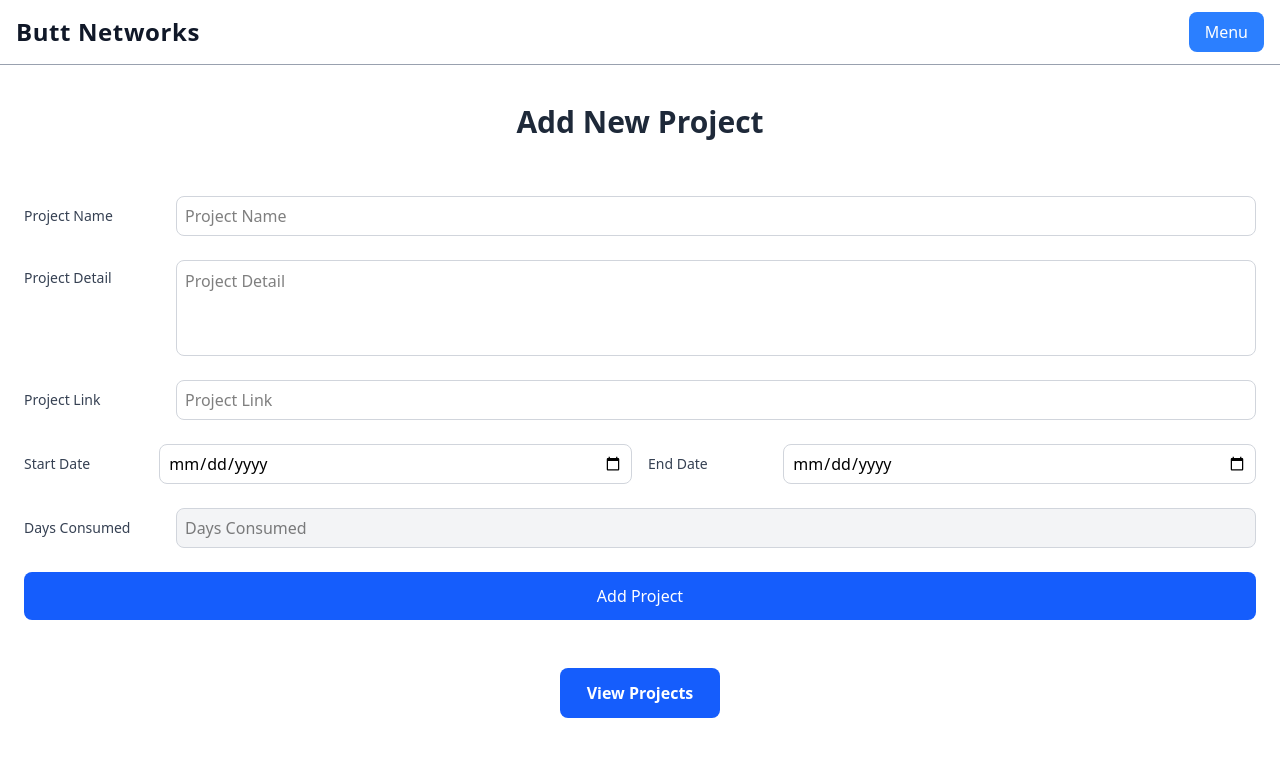
Repository: ShahanwazSaddam144/admin-panel
Page: /ProjectPanel
The author's editor kept a copy of each file at every save. The page is drawn from the files as they stood at one save, then again after a run of saves.
The browser window is 1280 px wide. The pictures show the whole page.
The page's requests for data from a server got no answer. The project was rebuilt for these pictures with package versions that can differ from the ones it lists, and the page was loaded fresh each time. The framework's server and built-in components were replaced by stand-ins that run in the browser. No one was signed in, and anything a server would have sent is missing. Also part of the build but not shown: next.config.mjs.

Above is the page before, as saved 2026-01-01 23:06:50.

### app/layout.js
import { Geist, Geist_Mono } from "next/font/google";
import "./globals.css";

const geistSans = Geist({
  variable: "--font-geist-sans",
  subsets: ["latin"],
});

const geistMono = Geist_Mono({
  variable: "--font-geist-mono",
  subsets: ["latin"],
});

export const metadata = {
  title: "Create Next App",
  description: "Generated by create next app",
  icons:{
    icon: "/butt.png",
  }
};

export default function RootLayout({ children }) {
  return (
    <html lang="en">
      <body
        className={`${geistSans.variable} ${geistMono.variable} antialiased`}
      >
        {children}
      </body>
    </html>
  );
}

### app/ProjectPanel/page.js
import React from 'react'
import Navbar from '../components/Navbar';
import ProjectsManager from '../components/ProjectsManager';

const ProjectPanel = () => {
  return (
    <>
      <Navbar />
      <ProjectsManager />
    </>
  )
}

export default ProjectPanel;

### app/components/Navbar.js
"use client";

import React, { useState, useEffect } from "react";
import Link from "next/link";
import { useRouter } from "next/navigation";

const Navbar = () => {
  const [menu, setMenu] = useState(false);
  const [user, setUser] = useState(null); // Store user info
  const router = useRouter();

  const handleMenu = () => {
    setMenu((prev) => !prev);
  };

  const handleLogout = async () => {
    try {
      await fetch("http://localhost:5000/logout", {
        method: "POST",
        credentials: "include", // 🔑 important
      });
      router.replace("/"); // back to login
    } catch (err) {
      console.error("Logout failed");
    }
  };

  // Fetch user info on mount
  useEffect(() => {
    const fetchUser = async () => {
      try {
        const res = await fetch("http://localhost:5000/me", {
          credentials: "include",
        });
        const data = await res.json();
        setUser(data); // assuming { name: "Shahnawaz" }
      } catch (err) {
        console.error("Failed to fetch user");
      }
    };
    fetchUser();
  }, []);

  return (
    <>
      <nav className="backdrop-blur-md bg-white border-b border-b-gray-400 fixed top-0 left-0 w-full z-50">
        <div className="max-w-7xl mx-auto px-4 py-3 flex justify-between items-center">

          {/* Logo */}
          <Link href="/AdminPanel">
            <h1 className="text-gray-900 font-extrabold text-2xl tracking-wide">
              Butt Networks
            </h1>
          </Link>

          {/* Right side: User initial + Dropdown */}
          <div className="relative flex items-center gap-4">

            {/* User Initial */}
            {user && (
              <div className="w-10 h-10 bg-blue-500 text-white rounded-full flex items-center justify-center font-bold text-lg">
                {user.name.charAt(0).toUpperCase()}
              </div>
            )}

            {/* Dropdown */}
            <button
              onClick={handleMenu}
              className="px-4 py-2 bg-blue-500 text-white font-medium rounded-lg
                         hover:bg-blue-600 transition-all duration-300"
            >
              Menu
            </button>

            {menu && (
              <div className="absolute right-0 mt-55 bg-slate-800 border border-slate-700 rounded-lg shadow-lg overflow-hidden w-48">

                <Link
                  href="https://buttnetworks.com/"
                  target="_blank"
                  className="block px-4 py-2 text-white hover:bg-blue-600 transition"
                  onClick={() => setMenu(false)}
                >
                  Our Website
                </Link>

                <Link
                  href="/EmailPanel"
                  className="block px-4 py-2 text-white hover:bg-blue-600 transition"
                  onClick={() => setMenu(false)}
                >
                  Email Panel
                </Link>

                <Link
                  href="/ProjectPanel"
                  className="block px-4 py-2 text-white hover:bg-blue-600 transition"
                  onClick={() => setMenu(false)}
                >
                  Project Panel
                </Link>

                  <Link
                  href="/LanguagePanel"
                  className="block px-4 py-2 text-white hover:bg-blue-600 transition"
                  onClick={() => setMenu(false)}
                >
                  Language Panel
                </Link>


                {/* Divider */}
                <div className="border-t border-slate-700"></div>

                {/* Logout */}
                <button
                  onClick={handleLogout}
                  className="w-full text-left px-4 py-2 text-red-400 hover:bg-red-600 hover:text-white transition"
                >
                  Logout
                </button>

              </div>
            )}
          </div>
        </div>
      </nav>

      {/* Spacer */}
      <div className="h-16"></div>
    </>
  );
};

export default Navbar;

### app/components/ProjectsManager.js
"use client";

import React, { useState, useEffect } from "react";
import Link from "next/link";

const ProjectsManager = () => {
  const [formData, setFormData] = useState({
    ProjectName: "",
    ProjectDetail: "",
    ProjectLink: "",
    StartDate: "",
    EndDate: "",
    DaysConsumed: "",
  });

  const [popup, setPopup] = useState({
    show: false,
    message: "",
    type: "",
  });

  /* =======================
     HANDLE INPUT CHANGE
  ======================= */
  const handleChange = (e) => {
    setFormData({ ...formData, [e.target.name]: e.target.value });
  };

  /* =======================
     AUTO CALCULATE DAYS
  ======================= */
  useEffect(() => {
    const { StartDate, EndDate } = formData;

    if (StartDate && EndDate) {
      const start = new Date(StartDate);
      const end = new Date(EndDate);

      if (end >= start) {
        const diffTime = end - start;
        const days = Math.ceil(diffTime / (1000 * 60 * 60 * 24)) + 1;
        setFormData((prev) => ({ ...prev, DaysConsumed: days }));
      } else {
        setFormData((prev) => ({ ...prev, DaysConsumed: "" }));
      }
    }
  }, [formData.StartDate, formData.EndDate]);

  const showPopup = (message, type) => {
    setPopup({ show: true, message, type });
    setTimeout(() => {
      setPopup({ show: false, message: "", type: "" });
    }, 3000);
  };

  /* =======================
     SUBMIT FORM
  ======================= */
  const handleSubmit = async (e) => {
    e.preventDefault();

    if (
      !formData.ProjectName ||
      !formData.ProjectDetail ||
      !formData.ProjectLink ||
      !formData.StartDate ||
      !formData.EndDate
    ) {
      showPopup("Please fill all fields", "error");
      return;
    }

    try {
      const response = await fetch("http://localhost:5000/projects", {
  method: "POST",
  headers: { "Content-Type": "application/json" },
  body: JSON.stringify(formData),
  credentials: "include"
});


      const data = await response.json();

      if (!response.ok) {
        showPopup(data.message || "Error adding project", "error");
        return;
      }

      showPopup("Project added successfully!", "success");

      setFormData({
        ProjectName: "",
        ProjectDetail: "",
        ProjectLink: "",
        StartDate: "",
        EndDate: "",
        DaysConsumed: "",
      });
    } catch (err) {
      showPopup("Error adding project", "error");
    }
  };

  return (
    <section className="mt-10 px-4 md:px-0">
      <h2 className="text-3xl font-bold mb-8 text-center text-gray-800">
        Add New Project
      </h2>

      <form
        onSubmit={handleSubmit}
        className="w-full p-6 space-y-6 rounded-xl"
      >
        {/* Project Name */}
        <div className="flex flex-col md:flex-row md:items-center gap-3">
          <label className="md:w-40 text-sm font-medium text-gray-700">
            Project Name
          </label>
          <input
            type="text"
            name="ProjectName"
            placeholder="Project Name"
            value={formData.ProjectName}
            onChange={handleChange}
            className="border border-gray-300 h-10 w-full rounded-lg p-2
              focus:outline-none focus:ring-2 focus:ring-blue-500 focus:border-blue-500"
          />
        </div>

        {/* Project Detail */}
        <div className="flex flex-col md:flex-row md:items-start gap-3">
          <label className="md:w-40 text-sm font-medium text-gray-700 md:pt-2">
            Project Detail
          </label>
          <textarea
            name="ProjectDetail"
            placeholder="Project Detail"
            value={formData.ProjectDetail}
            onChange={handleChange}
            className="border border-gray-300 h-24 w-full rounded-lg p-2 resize-none
              focus:outline-none focus:ring-2 focus:ring-blue-500 focus:border-blue-500"
          />
        </div>

        {/* Project Link */}
        <div className="flex flex-col md:flex-row md:items-center gap-3">
          <label className="md:w-40 text-sm font-medium text-gray-700">
            Project Link
          </label>
          <input
            type="text"
            name="ProjectLink"
            placeholder="Project Link"
            value={formData.ProjectLink}
            onChange={handleChange}
            className="border border-gray-300 h-10 w-full rounded-lg p-2
              focus:outline-none focus:ring-2 focus:ring-blue-500 focus:border-blue-500"
          />
        </div>

        {/* Dates Row */}
        <div className="flex flex-col md:flex-row gap-4">
          <div className="flex flex-col md:flex-row md:items-center gap-3 w-full">
            <label className="md:w-40 text-sm font-medium text-gray-700">
              Start Date
            </label>
            <input
              type="date"
              name="StartDate"
              placeholder="Start Date"
              value={formData.StartDate}
              onChange={handleChange}
              className="border border-gray-300 h-10 w-full rounded-lg p-2
                focus:outline-none focus:ring-2 focus:ring-blue-500 focus:border-blue-500"
            />
          </div>

          <div className="flex flex-col md:flex-row md:items-center gap-3 w-full">
            <label className="md:w-40 text-sm font-medium text-gray-700">
              End Date
            </label>
            <input
              type="date"
              name="EndDate"
              placeholder="End Date"
              value={formData.EndDate}
              onChange={handleChange}
              className="border border-gray-300 h-10 w-full rounded-lg p-2
                focus:outline-none focus:ring-2 focus:ring-blue-500 focus:border-blue-500"
            />
          </div>
        </div>

        {/* Days Consumed */}
        <div className="flex flex-col md:flex-row md:items-center gap-3">
          <label className="md:w-40 text-sm font-medium text-gray-700">
            Days Consumed
          </label>
          <input
            type="number"
            name="DaysConsumed"
            placeholder="Days Consumed"
            value={formData.DaysConsumed}
            readOnly
            className="border border-gray-300 h-10 w-full rounded-lg p-2 bg-gray-100 cursor-not-allowed"
          />
        </div>

        <button
          type="submit"
          className="bg-blue-600 w-full text-white p-3 rounded-lg font-medium
            hover:bg-blue-700 transition-colors cursor-pointer"
        >
          Add Project
        </button>
      </form>

      <Link href="/ProjectDetails">
        <button
          className="block m-auto mt-6 w-[160px] h-[50px] text-white font-semibold bg-blue-600
            rounded-lg hover:bg-blue-700 transition-colors cursor-pointer mb-10"
        >
          View Projects
        </button>
      </Link>

      {/* Popup Toast */}
      {popup.show && (
        <div
          className={`fixed bottom-8 right-8 px-6 py-4 rounded-lg shadow-lg text-white
            ${popup.type === "success" ? "bg-green-500" : "bg-red-500"}`}
        >
          {popup.message}
        </div>
      )}
    </section>
  );
};

export default ProjectsManager;

Loaded but not shown: app/globals.css (common file)

After the next 2 saves:
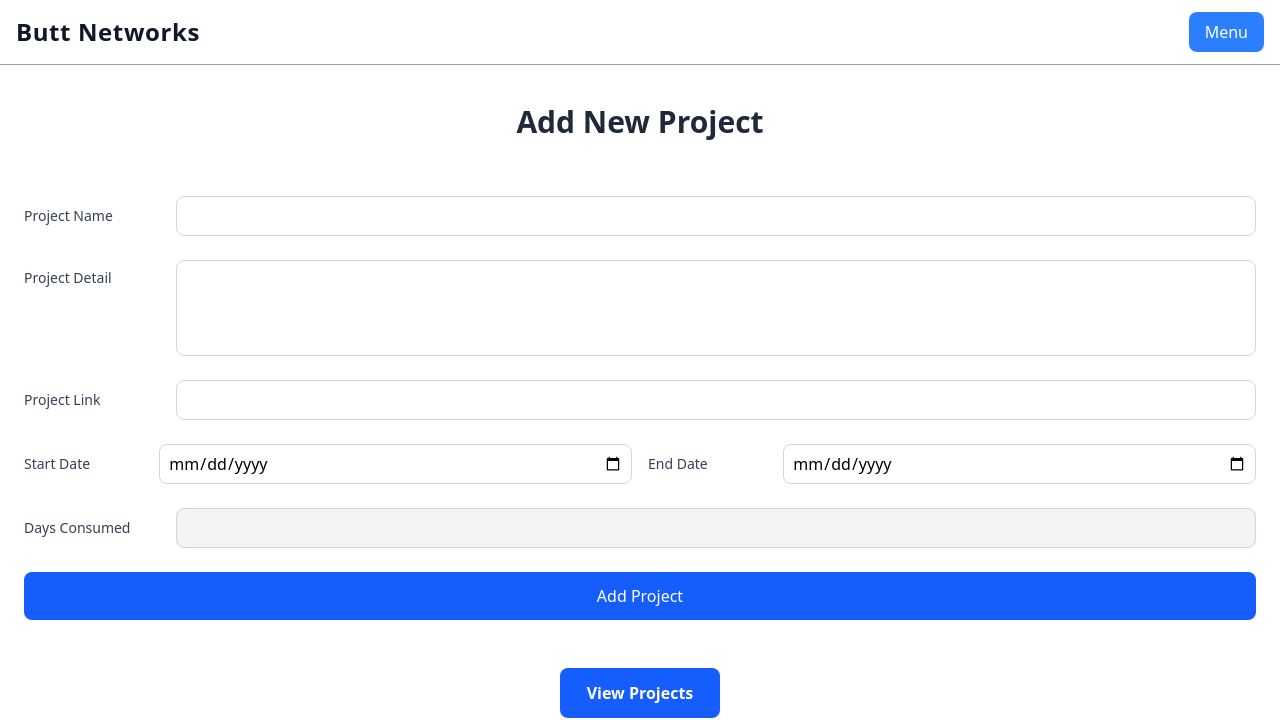
The 2 saves are shown as one change because they came seconds apart.
The last was saved 82 s later.
--- a/app/components/ProjectsManager.js
+++ b/app/components/ProjectsManager.js
@@ -1,6 +1,6 @@
 "use client";
 
-import React, { useState, useEffect } from "react";
+import React, { useState } from "react";
 import Link from "next/link";
 
 const ProjectsManager = () => {
@@ -20,31 +20,36 @@ const ProjectsManager = () => {
   });
 
   /* =======================
-     HANDLE INPUT CHANGE
+      HANDLE INPUT CHANGE
   ======================= */
   const handleChange = (e) => {
-    setFormData({ ...formData, [e.target.name]: e.target.value });
+    const { name, value } = e.target;
+
+    setFormData((prev) => {
+      // 1. Create the new state object with the updated field
+      const updatedData = { ...prev, [name]: value };
+
+      // 2. If the user is changing a date, calculate days immediately
+      if (name === "StartDate" || name === "EndDate") {
+        const { StartDate, EndDate } = updatedData;
+
+        if (StartDate && EndDate) {
+          const start = new Date(StartDate);
+          const end = new Date(EndDate);
+
+          if (end >= start) {
+            const diffTime = end - start;
+            const days = Math.ceil(diffTime / (1000 * 60 * 60 * 24)) + 1;
+            updatedData.DaysConsumed = days;
+          } else {
+            updatedData.DaysConsumed = "";
+          }
+        }
+      }
+
+      return updatedData;
+    });
   };
-
-  /* =======================
-     AUTO CALCULATE DAYS
-  ======================= */
-  useEffect(() => {
-    const { StartDate, EndDate } = formData;
-
-    if (StartDate && EndDate) {
-      const start = new Date(StartDate);
-      const end = new Date(EndDate);
-
-      if (end >= start) {
-        const diffTime = end - start;
-        const days = Math.ceil(diffTime / (1000 * 60 * 60 * 24)) + 1;
-        setFormData((prev) => ({ ...prev, DaysConsumed: days }));
-      } else {
-        setFormData((prev) => ({ ...prev, DaysConsumed: "" }));
-      }
-    }
-  }, [formData.StartDate, formData.EndDate]);
 
   const showPopup = (message, type) => {
     setPopup({ show: true, message, type });
@@ -54,7 +59,7 @@ const ProjectsManager = () => {
   };
 
   /* =======================
-     SUBMIT FORM
+      SUBMIT FORM
   ======================= */
   const handleSubmit = async (e) => {
     e.preventDefault();
@@ -72,12 +77,11 @@ const ProjectsManager = () => {
 
     try {
       const response = await fetch("http://localhost:5000/projects", {
-  method: "POST",
-  headers: { "Content-Type": "application/json" },
-  body: JSON.stringify(formData),
-  credentials: "include"
-});
-
+        method: "POST",
+        headers: { "Content-Type": "application/json" },
+        body: JSON.stringify(formData),
+        credentials: "include",
+      });
 
       const data = await response.json();
 
@@ -107,10 +111,7 @@ const ProjectsManager = () => {
         Add New Project
       </h2>
 
-      <form
-        onSubmit={handleSubmit}
-        className="w-full p-6 space-y-6 rounded-xl"
-      >
+      <form onSubmit={handleSubmit} className="w-full p-6 space-y-6 rounded-xl">
         {/* Project Name */}
         <div className="flex flex-col md:flex-row md:items-center gap-3">
           <label className="md:w-40 text-sm font-medium text-gray-700">
@@ -119,11 +120,9 @@ const ProjectsManager = () => {
           <input
             type="text"
             name="ProjectName"
-            placeholder="Project Name"
             value={formData.ProjectName}
             onChange={handleChange}
-            className="border border-gray-300 h-10 w-full rounded-lg p-2
-              focus:outline-none focus:ring-2 focus:ring-blue-500 focus:border-blue-500"
+            className="border border-gray-300 h-10 w-full rounded-lg p-2 focus:ring-2 focus:ring-blue-500"
           />
         </div>
 
@@ -134,11 +133,9 @@ const ProjectsManager = () => {
           </label>
           <textarea
             name="ProjectDetail"
-            placeholder="Project Detail"
             value={formData.ProjectDetail}
             onChange={handleChange}
-            className="border border-gray-300 h-24 w-full rounded-lg p-2 resize-none
-              focus:outline-none focus:ring-2 focus:ring-blue-500 focus:border-blue-500"
+            className="border border-gray-300 h-24 w-full rounded-lg p-2 resize-none focus:ring-2 focus:ring-blue-500"
           />
         </div>
 
@@ -150,11 +147,9 @@ const ProjectsManager = () => {
           <input
             type="text"
             name="ProjectLink"
-            placeholder="Project Link"
             value={formData.ProjectLink}
             onChange={handleChange}
-            className="border border-gray-300 h-10 w-full rounded-lg p-2
-              focus:outline-none focus:ring-2 focus:ring-blue-500 focus:border-blue-500"
+            className="border border-gray-300 h-10 w-full rounded-lg p-2 focus:ring-2 focus:ring-blue-500"
           />
         </div>
 
@@ -167,11 +162,9 @@ const ProjectsManager = () => {
             <input
               type="date"
               name="StartDate"
-              placeholder="Start Date"
               value={formData.StartDate}
               onChange={handleChange}
-              className="border border-gray-300 h-10 w-full rounded-lg p-2
-                focus:outline-none focus:ring-2 focus:ring-blue-500 focus:border-blue-500"
+              className="border border-gray-300 h-10 w-full rounded-lg p-2"
             />
           </div>
 
@@ -182,11 +175,9 @@ const ProjectsManager = () => {
             <input
               type="date"
               name="EndDate"
-              placeholder="End Date"
               value={formData.EndDate}
               onChange={handleChange}
-              className="border border-gray-300 h-10 w-full rounded-lg p-2
-                focus:outline-none focus:ring-2 focus:ring-blue-500 focus:border-blue-500"
+              className="border border-gray-300 h-10 w-full rounded-lg p-2"
             />
           </div>
         </div>
@@ -199,7 +190,6 @@ const ProjectsManager = () => {
           <input
             type="number"
             name="DaysConsumed"
-            placeholder="Days Consumed"
             value={formData.DaysConsumed}
             readOnly
             className="border border-gray-300 h-10 w-full rounded-lg p-2 bg-gray-100 cursor-not-allowed"
@@ -208,18 +198,14 @@ const ProjectsManager = () => {
 
         <button
           type="submit"
-          className="bg-blue-600 w-full text-white p-3 rounded-lg font-medium
-            hover:bg-blue-700 transition-colors cursor-pointer"
+          className="bg-blue-600 w-full text-white p-3 rounded-lg font-medium hover:bg-blue-700"
         >
           Add Project
         </button>
       </form>
 
       <Link href="/ProjectDetails">
-        <button
-          className="block m-auto mt-6 w-[160px] h-[50px] text-white font-semibold bg-blue-600
-            rounded-lg hover:bg-blue-700 transition-colors cursor-pointer mb-10"
-        >
+        <button className="block m-auto mt-6 w-[160px] h-[50px] text-white font-semibold bg-blue-600 rounded-lg hover:bg-blue-700">
           View Projects
         </button>
       </Link>
@@ -227,8 +213,9 @@ const ProjectsManager = () => {
       {/* Popup Toast */}
       {popup.show && (
         <div
-          className={`fixed bottom-8 right-8 px-6 py-4 rounded-lg shadow-lg text-white
-            ${popup.type === "success" ? "bg-green-500" : "bg-red-500"}`}
+          className={`fixed bottom-8 right-8 px-6 py-4 rounded-lg shadow-lg text-white ${
+            popup.type === "success" ? "bg-green-500" : "bg-red-500"
+          }`}
         >
           {popup.message}
         </div>
